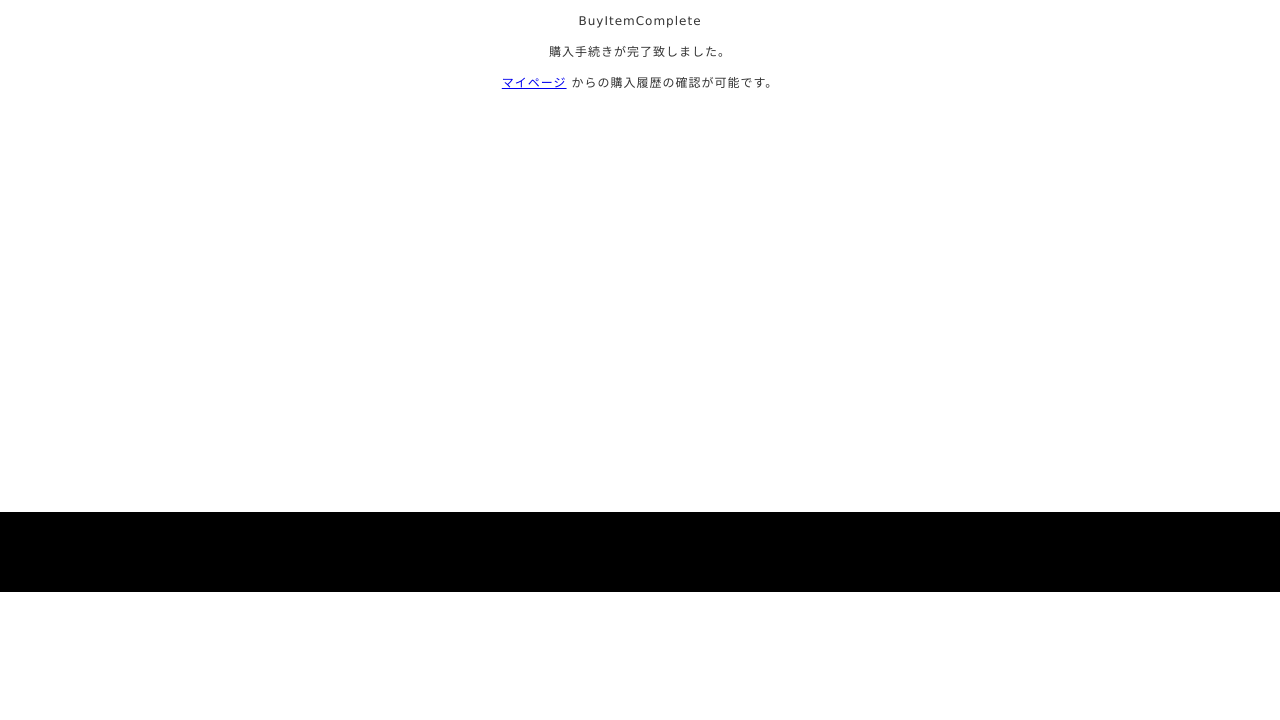
Repository: Eri-Naka/test
Page: http://localhost/template/buyItemComplete.jsp
An editor plug-in stored every save of this project. The page is shown before and after the next save, followed by the edit.
The browser window is 1280 px wide. The pictures show the whole page.
The page is served by Tomcat 9. Other server files are loaded and not shown.

Above is the page before, as saved 2018-06-21 08:11:45.

### template/WebContent/buyItemComplete.jsp
<%@ page language="java" contentType="text/html; charset=UTF-8"
    pageEncoding="UTF-8"%>
      <%@ taglib prefix="s" uri="/struts-tags" %>
<!DOCTYPE html PUBLIC "-//W3C//DTD HTML 4.01 Transitional//EN" "http://www.w3.org/TR/html4/loose.dtd">
<html>
<head>
<meta http-equiv="Content-Type" content="text/html; charset=utf-8" />
<meta http-equiv="Content-Style-Type" content="text/css" />
<meta http-equiv="Content-Script-Type" content="text/javascript" />
<meta http-equiv="imagetoolbar" content="no" />
<meta name="description" content="" />
<meta name="keywords" content="" />

<title>buyItemComplete画面</title>

<style type="text/css">

body{
margin: 0;
padding: 0;
line-height: 1.6;
letter-spacing: 1px;
font-family: Verdana,Helvetica,sana-serif;
font-size: 12px;
color: #333;
background: #fff;
}

table{
text-align: center;
margin: 0 auto;
border: 1px solid #333;
}

#header{
width: 100%;
height: 80px;
background-color: black;
}

#main{
width: 100%;
height: 500px;
text-align: center;
}

#footer{
width: 100%;
height: 80px;
background-color: black;
clear: both;
}

</style>

</head>
<body>

<div id="main">
<div id="top">
<p>BuyItemComplete</p>
</div>

<div>
<p>購入手続きが完了致しました。</p>
<div>
<a href = '<s:url action="MyPageAction"/>'>マイページ</a>
<span>からの購入履歴の確認が可能です。</span>

</div>
</div>
</div>

<div id = "footer">
<div id="pr">
</div>
</div>
</body>
</html>

After the next save:
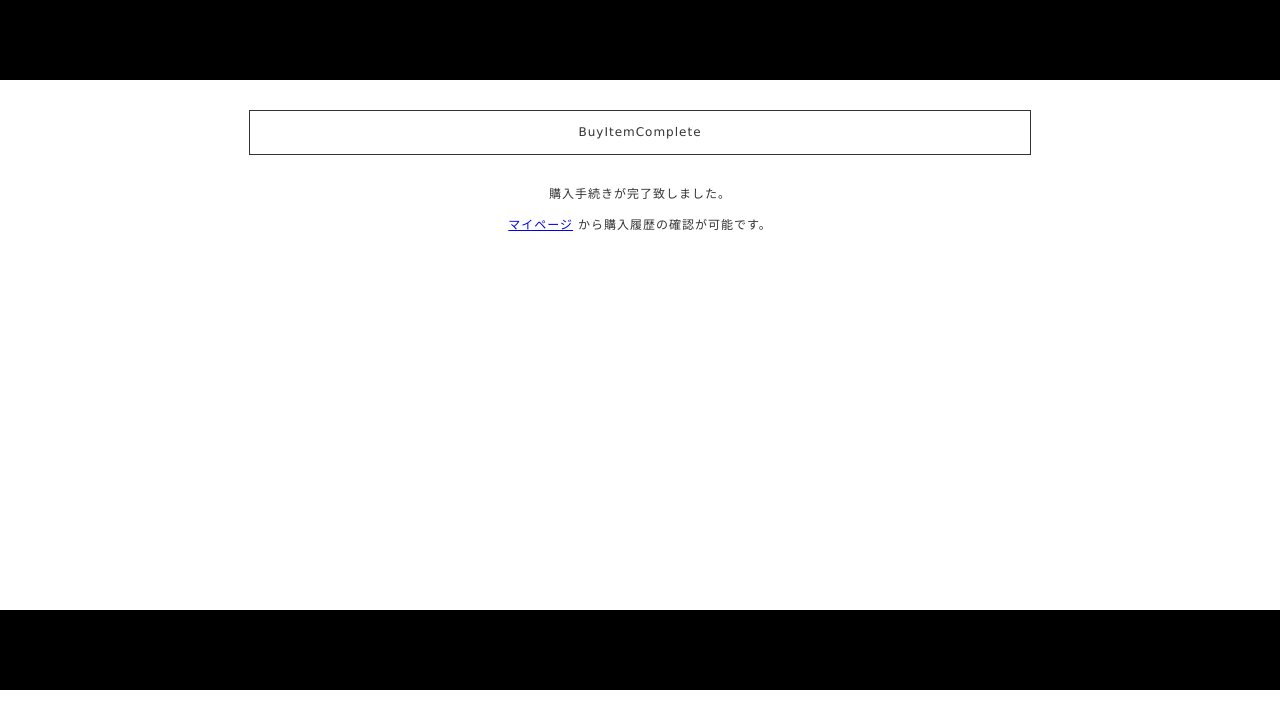
Saved 11 min 28 s later.
--- a/template/WebContent/buyItemComplete.jsp
+++ b/template/WebContent/buyItemComplete.jsp
@@ -20,7 +20,7 @@
 padding: 0;
 line-height: 1.6;
 letter-spacing: 1px;
-font-family: Verdana,Helvetica,sana-serif;
+font-family: Verdana,Helvetica,sans-serif;
 font-size: 12px;
 color: #333;
 background: #fff;
@@ -29,6 +29,11 @@
 table{
 text-align: center;
 margin: 0 auto;
+}
+
+#top{
+width: 780px;
+margin: 30px auto;
 border: 1px solid #333;
 }
 
@@ -56,6 +61,11 @@
 </head>
 <body>
 
+<div id="header">
+<div id="pr">
+
+</div>
+</div>
 <div id="main">
 <div id="top">
 <p>BuyItemComplete</p>
@@ -65,7 +75,7 @@
 <p>購入手続きが完了致しました。</p>
 <div>
 <a href = '<s:url action="MyPageAction"/>'>マイページ</a>
-<span>からの購入履歴の確認が可能です。</span>
+<span>から購入履歴の確認が可能です。</span>
 
 </div>
 </div>
